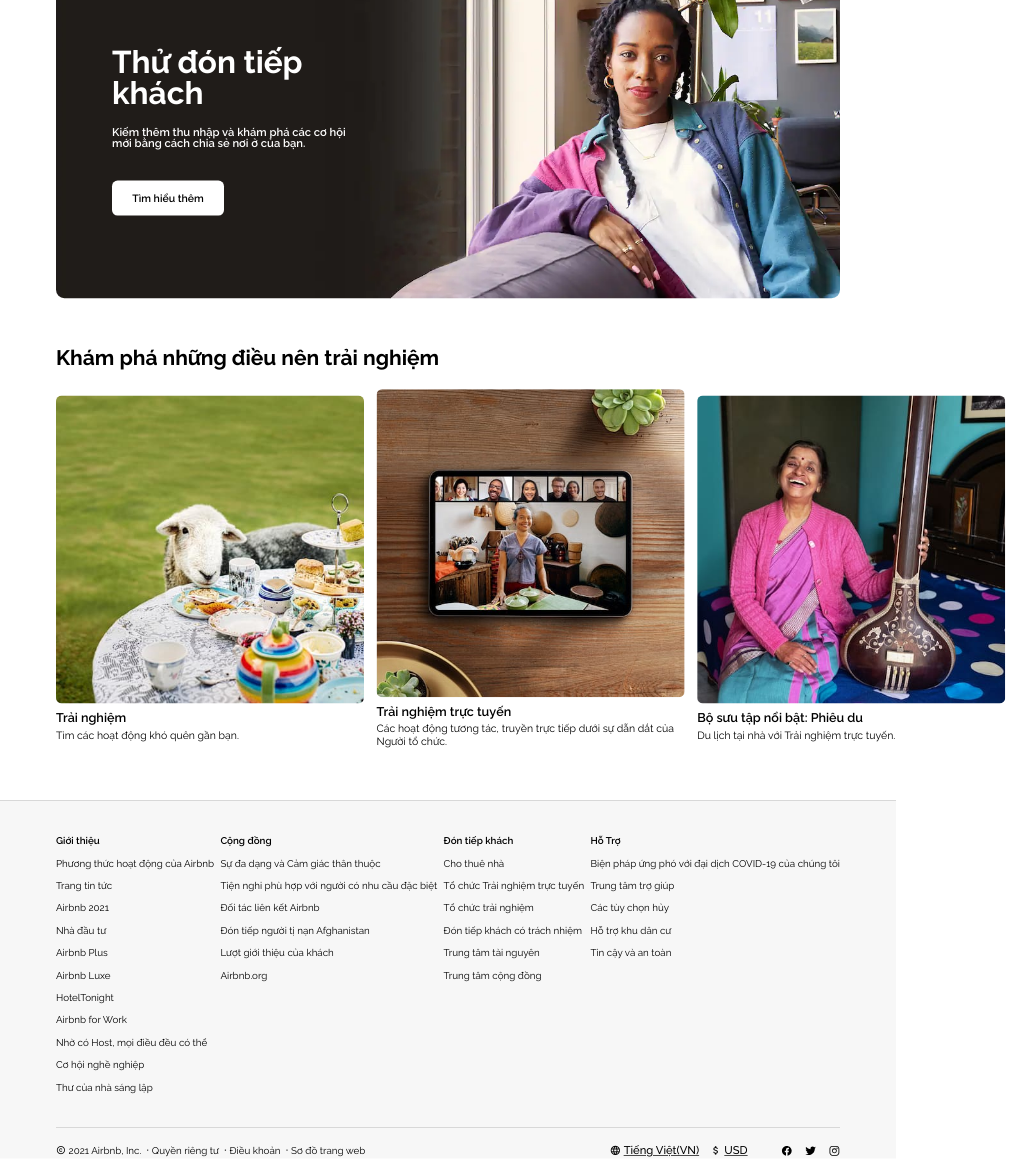
Repository: vanntrong/airbnb-clone
Page: index.html
The author's editor kept a copy of each file at every save. The page is drawn from the files as they stood at one save, then again after the next save.
The browser window is 1280 px wide. The page is 1454 px wide, so the pictures cover 1454 px, including what lies to the right of the window. The pictures show the part of the page from y = 1270 to 2950 px (the page is 2950 px tall), at 70% of full size.

Above is the page before, as saved 2021-09-23 18:18:43.

After the next save:
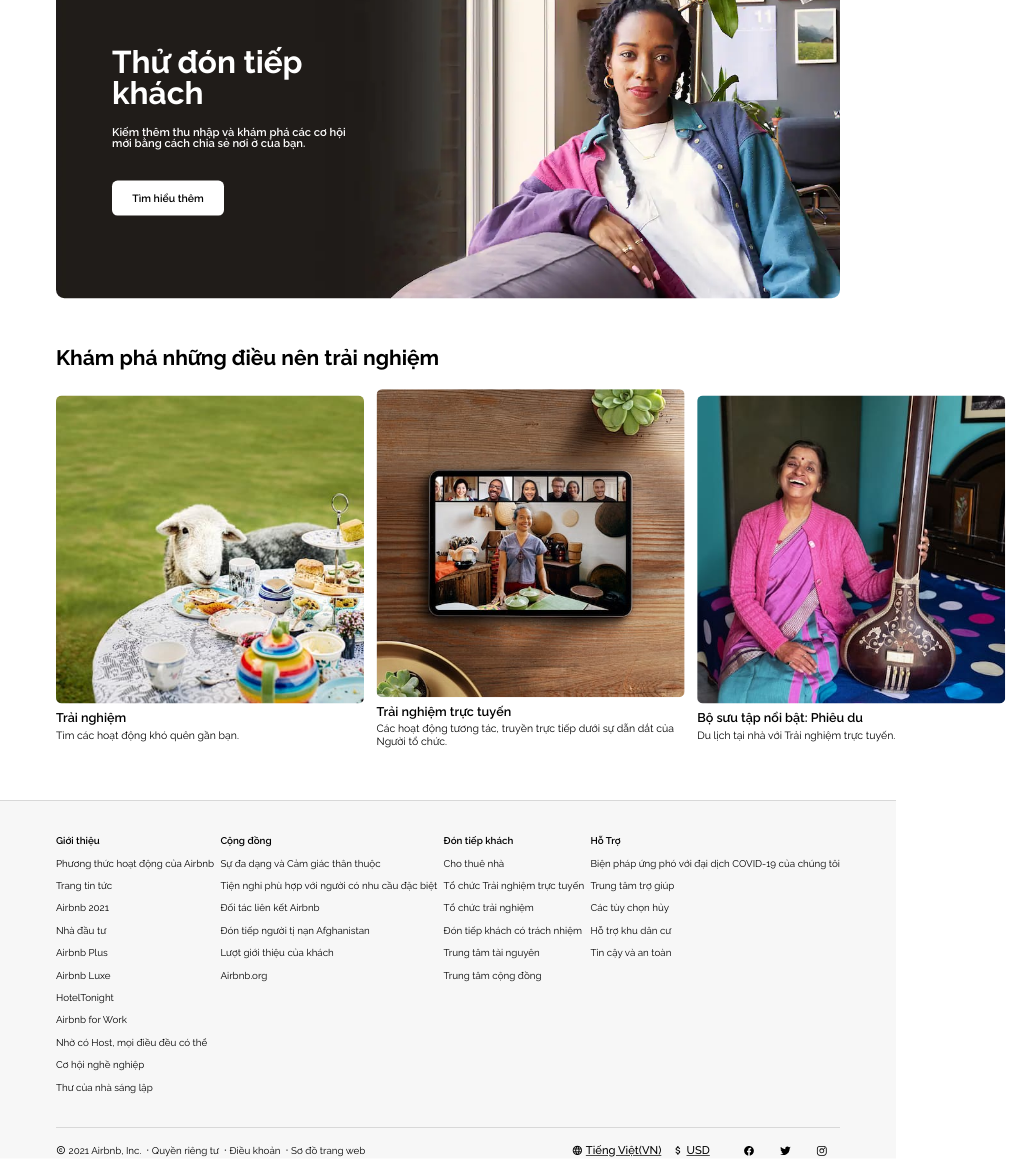
Saved 10 s later.
--- a/assets/css/style.css
+++ b/assets/css/style.css
@@ -560,7 +560,7 @@
 }
 .footer__link-icon {
   font-size: 1.6rem;
-  margin-left: 18px;
+  margin: 0 18px;
 }
 .footer__link:hover {
   opacity: 0.9;
